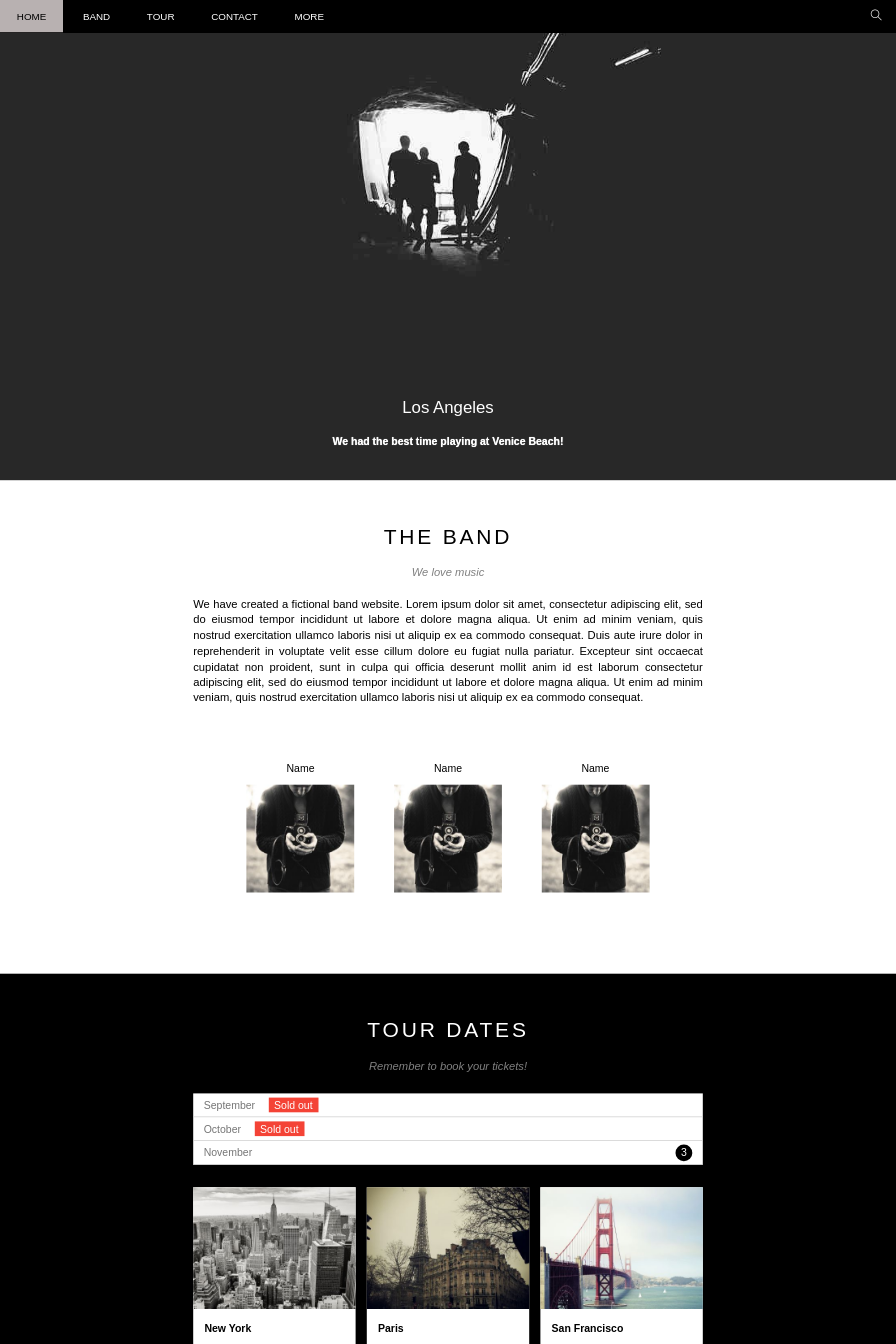
Repository: phamquy01/the-band
Page: index.html
The author's editor kept a copy of each file at every save. The page is drawn from the files as they stood at one save, then again after the next save.
The browser window is 1280 px wide. The pictures show the part of the page from y = 0 to 1920 px (the page is 3504 px tall before and 3653 px after), at 70% of full size.

Above is the page before, as saved 2022-04-21 14:43:31.

After the next save:
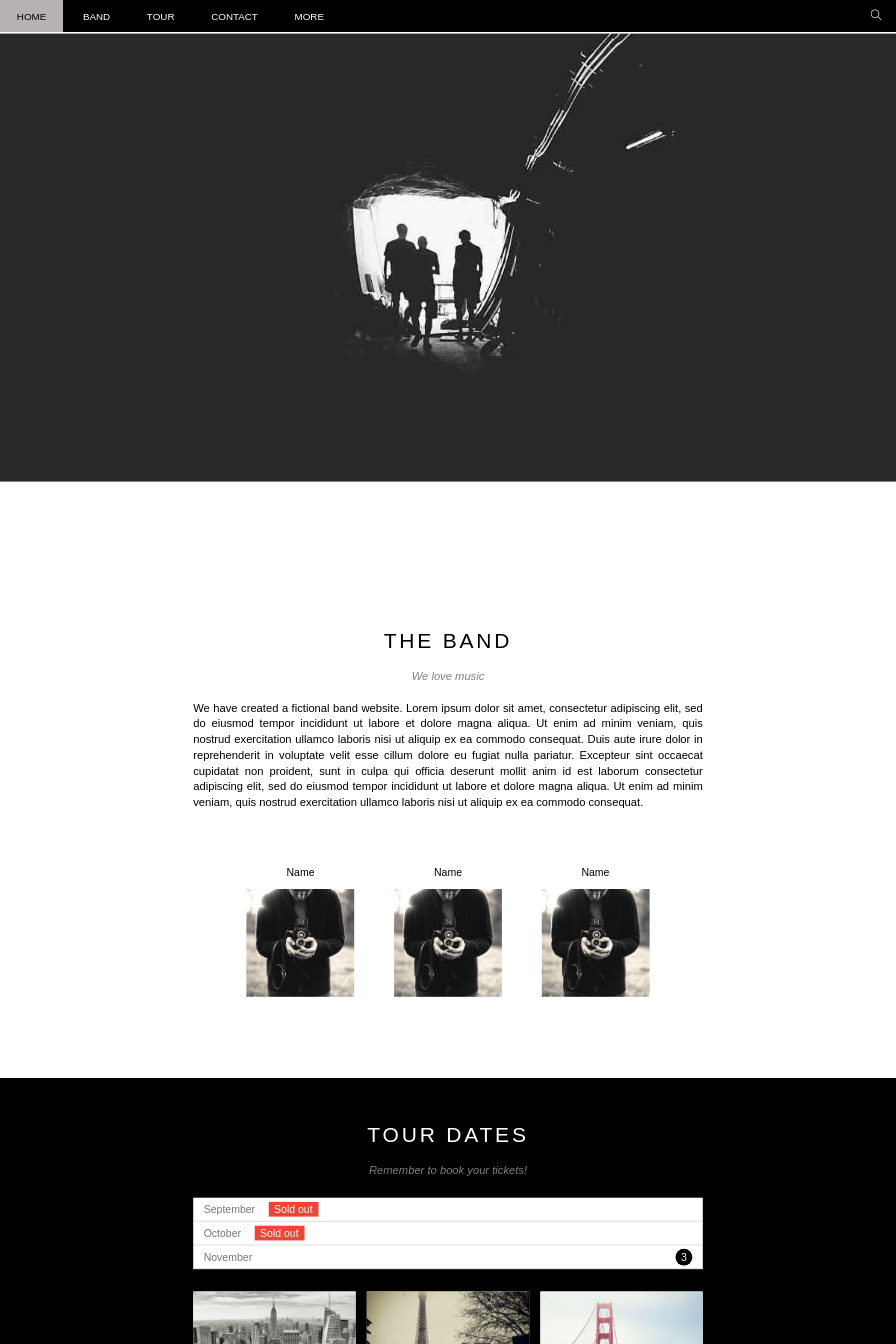
Saved 4 s later.
--- a/assets/css/style.css
+++ b/assets/css/style.css
@@ -100,23 +100,26 @@
 .search-btn:hover {
   background-color: red;
 }
-#slider {
+/* #slider {
   position: relative;
   margin-top: 46px;
   padding-top: 50%;
   background: url(/assets/img/slider1/la.jpg) no-repeat;
   background-size: cover;
   background-position: top center;
-}
+} */
 .text-content {
-  position: absolute;
+  position: relative;
   bottom: 0;
   color: white;
   text-align: center;
-  /* left: 50%;
-    transform: translateX(-50%); */
   width: 100%;
   margin: 48px 0;
+}
+.text-content img {
+  width: 100%;
+  height: 100%;
+  object-fit: cover;
 }
 .text-heading {
   margin: 25px 0;
